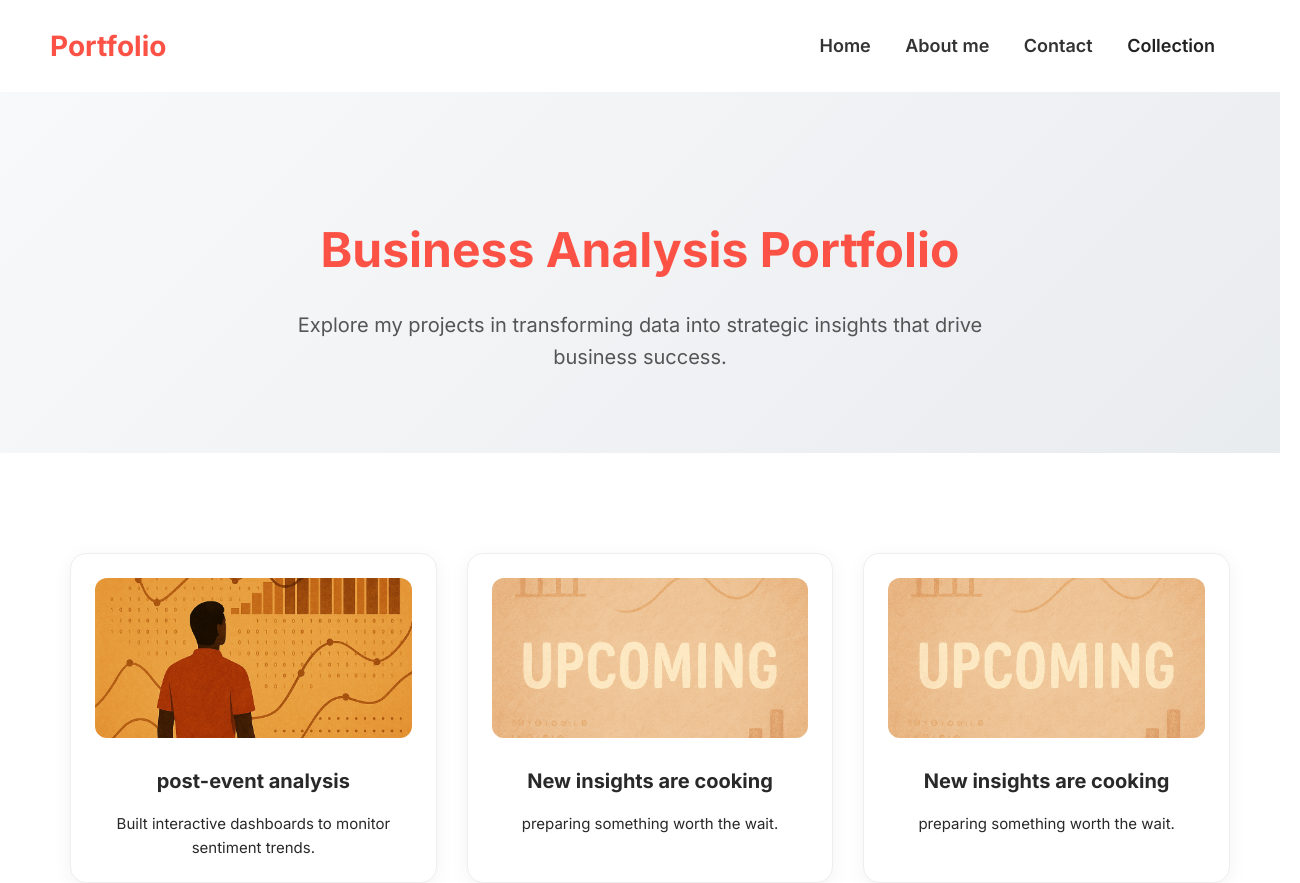
Repository: Wipas1919/Archive-portfolio
Page: projects/business-analysis.html
The author's editor kept a copy of each file at every save. The page is drawn from the files as they stood at one save, then again after the next save.
The browser window is 1280 px wide. The page is 1300 px wide, so the pictures cover 1300 px, including what lies to the right of the window. The pictures show the whole page.

Above is the page before, as saved 2025-06-01 20:59:49.

### projects/business-analysis.html
<!-- Cleaned and updated on 2025-05-25 -->
<!DOCTYPE html>
<html lang="en">
<head>
  <meta charset="UTF-8" />
  <meta name="viewport" content="width=device-width, initial-scale=1.0"/>
  <title>Business Analysis | Portfolio</title>
  <link href="https://fonts.googleapis.com/css2?family=Inter:wght@400;600;700&display=swap" rel="stylesheet">
  <link rel="stylesheet" href="../style/main.css">
  <style>
    body {
      font-family: 'Inter', sans-serif;
    }

    .cover {
      background: linear-gradient(135deg, #f8f9fa, #e9ecef);
      padding: 80px 20px;
      text-align: center;
    }

    .cover h1 {
      font-size: 48px;
      color: #fc5246;
      margin-bottom: 20px;
    }

    .cover p {
      font-size: 20px;
      color: #555;
      max-width: 700px;
      margin: 0 auto;
    }

    .project-cards h3 {
      text-align: center;
      font-size: 28px;
      margin-top: 60px;
      margin-bottom: 30px;
    }

    .card-grid {
      display: grid;
      grid-template-columns: repeat(auto-fit, minmax(280px, 1fr));
      gap: 30px;
      padding: 0 20px;
    }

    .card {
      display: block;
      background: #fff;
      border-radius: 16px;
      box-shadow: 0 4px 20px rgba(0, 0, 0, 0.05);
      padding: 24px;
      text-align: center;
      transition: transform 0.3s;
      text-decoration: none !important;
      color: inherit !important;
      cursor: pointer;
    }

    .card:hover {
      transform: translateY(-5px);
    }

    .card img {
      width: 100%;
      height: 160px;
      object-fit: cover;
      border-radius: 12px;
      margin-bottom: 16px;
    }

    .card h4 {
      font-size: 20px;
      margin-bottom: 8px;
      color: #222;
    }

    .card p {
      color: #666;
      font-size: 15px;
    }

    /* Remove all visited/focus/hover/active underline & color shifts */
    .card:visited,
    .card:hover,
    .card:focus,
    .card:active,
    .card *,
    .card *:visited,
    .card *:hover,
    .card *:focus,
    .card *:active {
      color: inherit !important;
      text-decoration: none !important;
    }

    .dropdown-wrapper {
      position: relative;
      display: inline-block;
    }

    .dropbtn {
      font-weight: 600;
      cursor: pointer;
      color: #222;
      text-decoration: none;
      margin-left: 15px;
    }

    .dropdown-content {
      display: none;
      position: absolute;
      top: 100%;
      right: 0;
      background-color: #ffffff;
      min-width: 220px;
      border-radius: 12px;
      box-shadow: 0 10px 25px rgba(0, 0, 0, 0.08);
      overflow: hidden;
      padding: 10px 0;
      z-index: 999;
    }

    .dropdown-wrapper:hover .dropdown-content {
      display: block;
    }

    .dropdown-content a {
      display: block;
      padding: 12px 20px;
      color: #222;
      text-decoration: none;
      font-size: 15px;
      transition: background-color 0.2s ease, color 0.2s ease;
    }

    .dropdown-content a:hover {
      background-color: #eaeaea;
      color: #fd3a2d;
    }
  </style>
</head>
<body>
  <div id="page-loader"><div class="spinner"></div></div>

  <header>
    <div class="container">
      <h1 class="logo" style="font-family: 'Inter', sans-serif; font-weight: 700; font-size: 28px; color: #fc5246;">Portfolio</h1>
      <nav class="nav-right">
        <a href="../index.html">Home</a>
        <a href="../index.html#about">About me</a>
        <a href="../index.html#contact">Contact</a>
        <div class="dropdown-wrapper">
          <a href="#" class="dropbtn">Collection</a>
          <div class="dropdown-content">
            <a href="data-engineer.html">Data Engineer</a>
            <a href="business-analysis.html">Business Analysis</a>
            <a href="bi-solutions.html">Business Intelligent</a>
            <a href="strategic-data.html">Data-Driven</a>
            <a href="cloud-cert.html">Certification</a>
            <a href="data-integration.html">Data Product</a>
          </div>
        </div>
      </nav>
    </div>
  </header>

  <!-- Cover / Hero Section -->
  <section class="cover">
    <h1>Business Analysis Portfolio</h1>
    <p>Explore my projects in transforming data into strategic insights that drive business success.</p>
  </section>

  <!-- Project Cards Section -->
  <section class="project-cards container" id="project-cards">
    <div class="card-grid" id="card-container"></div>
  </section>

  <script>
    const cardsContainer = document.getElementById("card-container");
    const projectId = "business-analysis";

    fetch("../data/projects.json")
      .then(res => res.json())
      .then(data => {
        const p = data[projectId];
        if (!p || !p.projects?.length) {
          cardsContainer.innerHTML = "<p>No projects found.</p>";
          return;
        }
        cardsContainer.innerHTML = p.projects.map(proj => `
          <a href="project.html?id=${proj.slug}" class="card">
            <img src="${proj.image}" alt="${proj.title}" />
            <h4>${proj.title}</h4>
            <p>${proj.description}</p>
          </a>
        `).join("");
      })
      .catch(err => {
        cardsContainer.innerHTML = "<p>Error loading data.</p>";
        console.error(err);
      });
  </script>
</body>
</html>

### style/main.css
/* ตั้งค่าพื้นฐาน */
body {
  margin: 0;
  font-family: 'Poppins', sans-serif;
  background: #ffffff;
  color: #292929;
  line-height: 1.6;
  scroll-behavior: smooth;
  user-select: none;
  -webkit-user-select: none;
  -ms-user-select: none;
}

img {
  max-width: 100%;
  height: auto;
  display: block;
}

.container {
  width: 100%;
  max-width: 1200px;
  margin: 0 auto;
  padding: 0 50px; /* เพิ่ม padding ด้านข้าง */
}

@media screen and (max-width: 767px) {
  .container { padding: 0 16px; }
  .hero h2 { font-size: 36px; }
  .hero p { font-size: 18px; }
  .card-grid { grid-template-columns: 1fr; }
  nav a { font-size: 14px; }
  .hero-content { flex-direction: column; }
  .about-image img { width: 100%; }
}

@media screen and (min-width: 768px) and (max-width: 1024px) {
  .hero h2 { font-size: 48px; }
  .card-grid { grid-template-columns: repeat(2, 1fr); }
}

@media screen and (max-width: 480px) {
  h2, .section-title { font-size: 28px; }
  .hero h2 { font-size: 28px; }
  .hero p, .section-description, .about-text p, .card p { font-size: 16px; }
  .btn { padding: 10px 20px; font-size: 16px; }
}

/* Navbar */
header {
  background: #fff;
  padding: 5px 0;
  display: flex;
  justify-content: space-between;
  align-items: center;
  border-bottom: 0px solid #eee;
  position: sticky;
  top: 0;
  z-index: 100;
}

header .container {
  display: flex;
  align-items: center;
  justify-content: space-between;
}

.logo {
  font-family: 'Poppins', serif;
  font-size: 30px;
  color: #fc5246;
}

nav a {
  margin: 0 15px;
  color: #333;
  text-decoration: none;
  font-weight: 600;
  font-size: 18px;
}

nav a:hover {
  color: #fd3a2d;
}

/* ปุ่มหลักของเมนู dropdown */
.dropdown-wrapper {
  position: relative;
  display: inline-block;
}

.dropbtn {
  font-weight: 600;
  cursor: pointer;
  color: #222;
  transition: color 0.3s ease;
}

.dropbtn:hover {
  color: #fd3a2d;
}

/* เมนูที่แสดงเมื่อ hover */
.dropdown-content {
  display: none;
  position: absolute;
  top: 100%;
  right: 0;
  background-color: #ffffff;
  min-width: 220px;
  border-radius: 12px;
  box-shadow: 0 10px 25px rgba(0, 0, 0, 0.08);
  overflow: hidden;
  padding: 10px 0;
  z-index: 999;
}

/* แสดงเมื่อ hover */
.dropdown-wrapper:hover .dropdown-content {
  display: block;
}

/* ลิงก์ใน dropdown */
.dropdown-content a {
  display: block;
  padding: 12px 20px;
  color: #222;
  text-decoration: none;
  font-size: 15px;
  transition: background-color 0.2s ease, color 0.2s ease;
}

/* Hover effect ของลิงก์ */
.dropdown-content a:hover {
  background-color: #eaeaea;
  color: #fd3a2d;
}

.hero-animation {
  margin-top: 10px;
  display: flex;
  justify-content: right;
}

/* Hero Section */
.hero {
  position: relative;
  height: 60vh;
  display: flex;
  align-items: center;
  justify-content: center;
  flex-direction: column;
  text-align: center;
  background: #151515;
  color: #ededed;
}

#hero-background {
  position: absolute;
  top: 0;
  left: 0;
  width: 100%;
  height: 100%;
  z-index: 0;
}

.hero-content {
  position: relative;
  z-index: 1;
  width: 100%;
  max-width: 1200px;
  padding-left: 5vw;
  padding-right: 5vw;
  text-align: left;
  align-items: flex-start;
}

.hero h2 {
  font-size: 60px;
  margin-bottom: 10px;
  line-height: 1.2;
  color: #ffffff;
}

.hero p {
  font-size: 30px;
  margin-bottom: 30px;
  color: #ffffff;
}

.btn, .hero .btn {
  display: inline-block;
  background: #fd3a2d;
  color: #fff;
  padding: 14px 36px;
  border-radius: 30px;
  text-decoration: none;
  font-weight: bold;
  font-size: 18px;
  transition: background 0.3s;
}

.btn:hover, .hero .btn:hover {
  background: #252525;
}

/* Sections */
section {
  padding: 100px 0;
  text-align: center;
}

/* About Section */
.about-grid {
  display: flex;
  align-items: center;
  justify-content: center;
  gap: 50px;
  flex-wrap: wrap;
}

.about-image img {
  width: 500px;
  height: auto;
  object-fit: cover;
  border-top-left-radius: 0;
  border-top-right-radius: 0;
  border-bottom-left-radius: 200px;
  border-bottom-right-radius: 200px;
}

.about-text {
  max-width: 500px;
  text-align: left;
}

.about-text h2 {
  margin-bottom: 20px;
}

.about-text p {
  font-size: 18px;
  color: #666;
}

/* Timeline */
.timeline-item {
  position: relative;
  margin-bottom: 30px;
}

.timeline-dot {
  width: 14px;
  height: 14px;
  background-color: #fd3a2d;
  border-radius: 50%;
  position: absolute;
  left: -8px;
  top: 0;
}

.timeline-content {
  margin-left: 20px;
}

.timeline-content h4 {
  margin: 0;
  font-size: 18px;
  color: #333;
  font-weight: 600;
}

.timeline-content p {
  margin: 5px 0 0;
  font-size: 16px;
  color: #666;
}

/* Projects Section */
#projects {
  margin-bottom: 10px;
}

.card-grid {
  display: grid;
  grid-template-columns: repeat(3, 1fr); /* สำคัญ: 3 คอลัมน์ */
  gap: 20px;
  margin-top: 100px;
}


.card {
  background: #ffffff;
  padding: 30px;
  border-radius: 12px;
  max-height: 280px;
  text-align: center;
  transition: box-shadow 0.3s;
  border: 1px solid #eee;
}

.card:hover {
  box-shadow: 0 8px 20px rgba(0, 0, 0, 0.1);
}

.card-icon img {
  width: 40px;
  height: 40px;
  margin-bottom: 20px;
}

.card h3 {
  font-size: 18px;
  margin-bottom: 15px;
  color: #333;
}

.card p {
  font-size: 16px;
  color: #666;
}

/* Contact Section */
.contact {
  background: rgba(255, 255, 255, 0.5); /* 1 = โปร่งแสง 50% */
  text-align: center;
}

.section-subtitle {
  text-transform: uppercase;
  font-size: 18px;
  letter-spacing: 1.5px;
  color: #4e4e4e;
  margin-bottom: 10px;
}

h2 {
  font-size: 36px;
  color: #292929
}


.section-title {
  font-size: 36px;
  margin-bottom: 10px;
  color: #2e2e2e;
}

.section-description {
  font-size: 18px;
  margin-bottom: 40px;
  color: #4e4e4e;
}

.contact-grid {
  display: grid;
  grid-template-columns: repeat(auto-fit, minmax(280px, 1fr));
  gap: 20px;
  margin-top: 40px;
}

.contact-card.glass {
  background: rgba(255, 255, 255, 0.15);
  backdrop-filter: blur(12px);
  -webkit-backdrop-filter: blur(12px);
  border-radius: 20px;
  padding: 24px;
  border: 1px solid rgba(255, 255, 255, 0.3);
  box-shadow: 0 8px 32px rgba(0, 0, 0, 0.1);
  transition: transform 0.3s ease, box-shadow 0.3s ease;
  text-align: center;
}

.contact-card.glass:hover {
  transform: scale(1.05);
  box-shadow: 0 12px 28px rgba(0, 0, 0, 0.15);
}

.contact-icon {
  display: flex;
  flex-direction: column;
  align-items: center;
  justify-content: center; /* 🔥 เพิ่มบรรทัดนี้เพื่อจัดไอคอนแนวดิ่ง */
  height: 100px; /* ✅ ปรับความสูงให้เหมาะสม */
  margin-bottom: 12px;
}


.contact-icon img {
  width: 48px;
  height: 48px;
  margin-bottom: 12px;
  transition: transform 0.3s ease;
}

.contact-card.glass:hover .contact-icon img {
  transform: scale(1.15);
}

/* Footer */
footer {
  background: #f5f5f5;
  padding: 20px 0;
  font-size: 14px;
  color: #4d4d4d;
}

.footer-container {
  display: flex;
  justify-content: space-between;
  align-items: center;
  flex-wrap: wrap;
}

.social-links {
  display: flex;
  gap: 20px;
}

.social-links a img {
  width: 30px;
  height: 30px;
  transition: transform 0.3s ease;
}

.social-links a img:hover {
  transform: scale(1.2);
}

#hero-background {
  position: absolute;
  top: 0;
  left: 0;
  height: 100%;
  width: 100%;
  z-index: 0;
  overflow: hidden;
}
.hero-content {
  position: relative;
  z-index: 1;
}

/* animation-data */
.hero-content {
  display: flex;
  justify-content: space-between;
  align-items: center;
  flex-wrap: wrap;
  gap: 40px;
}

.hero-text {
  flex: 1 1 55%;
}

.hero-animation {
  flex: 1 1 40%;
  display: flex;
  justify-content: center;
  align-items: center;
}

/* ===== Page Loader & Smooth Scroll ===== */
html{scroll-behavior:smooth;}

#page-loader{
  position:fixed;inset:0;display:grid;place-items:center;
  background:#ffffff;z-index:9999;opacity:1;
  transition:opacity .0.5s ease;
}
#page-loader .spinner{
  width:32px;height:32px;border:4px solid #e5e5e5;
  border-top-color:#ff694b;border-radius:50%;
  animation:spin .8s linear infinite;
}
@keyframes spin{to{transform:rotate(360deg)}}

body.loaded #page-loader{opacity:0;pointer-events:none;}
body.fade-out{opacity:0;transition:opacity .0.5s ease;}

@keyframes hideLoaderFallback{to{opacity:0;pointer-events:none;}}
#page-loader{animation:hideLoaderFallback 0.5s forwards 0.5s;}



/* ====  Reusable Card Component  ================================== */
.card {
  background: #ffffff;
  border: 1px solid #eee;
  border-radius: 12px;
  padding: 24px;
  text-align: center;
  box-shadow: 0 4px 12px rgba(0,0,0,.05);
  transition: transform .3s ease, box-shadow .3s ease;
}
.card:hover {
  transform: translateY(-6px);
  box-shadow: 0 12px 25px rgba(0,0,0,.1);
}

.card__icon{
  display:flex;
  flex-direction:column;
  align-items:center;
  justify-content:center;
  height:100px;
  margin-bottom:12px;
}
.card__icon img{
  width:48px;
  height:48px;
  transition: transform .3s ease;
}
.card:hover .card__icon img{
  transform:scale(1.15);
}

/* Variant – project card (clickable) */
.card--project{cursor:pointer;}

/* Variant – glassmorphism contact card */
.card--glass{
  background: rgba(255,255,255,.15);
  backdrop-filter: blur(12px);
  -webkit-backdrop-filter: blur(12px);
  border: 1px solid rgba(255,255,255,.3);
  box-shadow: 0 8px 32px rgba(0,0,0,.1);
}

/* Grids */

.card-grid--contact{
  display:grid;
  grid-template-columns: repeat(auto-fit,minmax(280px,1fr));
  gap:20px;
  margin-top:40px;
}

/* Remove legacy duplicate styles */
.contact-card, .contact-card.glass, .glass-card{
}/* project */

.project-blog {
  max-width: 800px;
  margin: 80px auto;
  padding: 0 20px;
  font-family: 'Inter', sans-serif;
}

.project-blog h1 {
  font-size: 36px;
  font-weight: 700;
  margin-bottom: 20px;
  text-align: center;
  color: #222;
}

.project-blog .tag {
  display: inline-block;
  background: #eeeeee;
  color: #333;
  padding: 6px 12px;
  margin: 0 8px 20px 0;
  border-radius: 20px;
  font-size: 14px;
}

.project-blog p {
  font-size: 18px;
  color: #444;
  line-height: 1.7;
  margin-bottom: 24px;
}

.project-blog img {
  width: 100%;
  border-radius: 10px;
  margin: 30px 0;
  box-shadow: 0 8px 30px rgba(0,0,0,0.08);
}

/* button */
.back-float-btn {
  position: fixed;
  bottom: 30px;
  left: 50%;
  transform: translateX(-50%);
  background-color: #fc5246;
  color: white;
  padding: 10px 24px;
  font-size: 14px;
  border-radius: 30px;
  box-shadow: 0 4px 16px rgba(0, 0, 0, 0.1);
  cursor: pointer;
  z-index: 9999;
  text-align: center;
  font-family: 'Inter', sans-serif;
  transition: background 0.3s ease;
  width: auto;       /* ปรับให้ขนาดพอดีกับเนื้อหา */
  max-width: 200px;  /* จำกัดไม่ให้ปุ่มกว้างเกินไป */
}

.back-float-btn:hover {
  background-color: #e6483c;
}

@media (max-width: 768px) {
  .back-float-btn {
    padding: 9px 18px;
    font-size: 13px;
    bottom: 20px;
  }
/* ===== FINAL OVERRIDE ===== */
.contact-card a {
  color: inherit !important;
  text-decoration: none !important;
}

.contact-card a:visited {
  color: inherit !important;
  text-decoration: none !important;
}

.contact-card a:hover,
.contact-card a:focus,
.contact-card a:active {
  color: inherit !important;
  text-decoration: none !important;
}

/* ===== Card grid (Projects) enforce 3-column on desktop ===== */
@media (min-width: 1024px){
  .card-grid--projects{
    grid-template-columns: repeat(3, 1fr);
  }
}
/* 2 columns on tablets */
@media (min-width: 640px) and (max-width: 1023px){
  .card-grid--projects{
    grid-template-columns: repeat(2, 1fr);
  }
}
/* 1 column on small screens (default) */
}

/* ===== DESKTOP-ONLY MODE (CSS BLOCK) =====
   Hide entire site below 1024px width and show full-screen notice
--------------------------------------------------------------- */
@media (hover: none) and (pointer: coarse){
  /* Hide all real content */
  body > * { display: none !important; }

  /* Full-screen notice */
  body::before{
    content: "This site is designed for desktop browsers only.\A Please visit on a larger screen.";
    white-space: pre-line;
    position: fixed;
    inset: 0;
    background: #ffffff;
    color: #000000;
    padding: 40px 24px;
    display: flex;
    align-items: center;
    justify-content: center;
    font-family: "Poppins", sans-serif;
    font-size: 18px;
    line-height: 1.4;
    text-align: center;
    z-index: 99999;
  }

  /* Prevent horizontal scroll */
  html, body{ overflow: hidden; }
}

.project-blog strong {
  font-size: 1.4em;   /* 110 % ของขนาดปกติในย่อหน้านั้น */
  font-weight: 800;
}

### data/projects.json
{
  "data-engineer": {
    "projects": [
      {
        "title": "End-to-End Data Engineering Journey",
        "slug": "End-to-End Data Engineering Journey",
        "description": "Full-stack ETL pipeline implementation",
        "image": "/images/data-engineers.jpg"
      },
      {
        "title": "End-to-End Data Infrastructure Planning",
        "slug": "End-to-End Data Infrastructure Planning",
        "description": "Process Design Fundamental",
        "image": "/images/data-foundamatal.jpg"
      },
      {
        "title": "Data Governance",
        "slug": "Data Governance",
        "description": "Designing and implementing a hybrid data governance framework",
        "image": "/images/data-governance.jpg"
      }
    ]
  },
  "business-analysis": {
    "title": "Business Analysis",
    "description": "Transform data into insights for decision-making.",
    "image": "../images/ba.svg",
    "overview": "Analyzed survey and operational data to support marketing strategy.",
    "contributions": [
      "Designed data collection forms",
      "Used SQL & Power BI for analysis",
      "Presented insights to leadership"
    ],
    "tools": [
      "Excel",
      "SQL",
      "Power BI",
      "Survey Analysis"
    ],
    "impact": "Helped increase campaign engagement by 30%",
    "projects": [
      {
        "title": "post-event analysis",
        "slug": "post-event analysis",
        "description": "Built interactive dashboards to monitor sentiment trends.",
        "image": "/images/post-event.png"
      },
      {
        "title": "New insights are cooking",
        "slug": "campaign-performance-analysis",
        "description": "preparing something worth the wait.",
        "image": "/images/upcoming-cover.png"
      },
      {
        "title": "New insights are cooking",
        "slug": "operational-kpi-tracking",
        "description": "preparing something worth the wait.",
        "image": "/images/upcoming-cover.png"
      }
    ]
  },
  "bi-solutions": {
    "title": "Business Intelligent",
    "projects": [
      {
        "title": "Dashboard Routine",
        "description": "Designed Power BI dashboard to visualize sales KPIs across regions.",
        "image": "/images/bi-routine-1.png",
        "slug": "bi-sales-performance"
      },
      {
        "title": "Dashboard Near-real time",
        "description": "Used data visualization to cluster customer segments based on behavior.",
        "image": "/images/bi-routine-2.png",
        "slug": "bi-customer-segmentation"
      },
      {
        "title": "KPI Overview",
        "description": "Built interactive dashboards to summarize high-level KPIs for executives.",
        "image": "/images/bi-routine-3.png",
        "slug": "bi-kpi-overview"
      }
    ]
  },
  "strategic-data": {
    "title": "Data-Driven",
    "projects": [
      {
        "title": "Assistant Speaker Trend Technoligies ",
        "description": "Developed a data-driven framework to analyze campaign performance across channels.",
        "image": "/images/bi-routine-4.jpg",
        "slug": "marketing-insight-framework"
      },
      {
        "title": "Power BI Training",
        "description": "Created visualizations from IoT sensor data to optimize event space usage.",
        "image": "/images/bi-routine-5.jpg",
        "slug": "event-analytics-dashboard"
      },
      {
        "title": "Coming Soon!",
        "description": "Designed end-to-end system for converting analytics into automated decisions.",
        "image": "/images/upcoming-cover.png",
        "slug": "decision-intelligence-system"
      }
    ]
  },
  "data-integration": {
    "title": "Data Product",
    "projects": [
      {
        "title": "Chat AI for web-event",
        "description": "Built backend pipeline to integrate chatbot logs into Datamart for insights.",
        "image": "/images/bi-routine-6.png",
        "slug": "chatbot-analytics-pipeline"
      },
      {
        "title": "Hr Recuddtor Macthing",
        "description": "Created dynamic reporting tool from MySQL and PostgreSQL for internal teams.",
        "image": "/images/upcoming-cover.png",
        "slug": "self-service-report-generator"
      },
      {
        "title": "Comming Soon!",
        "description": "Aggregated customer voice data into a single source for product decisions.",
        "image": "/images/upcoming-cover.png",
        "slug": "customer-feedback-hub"
      }
    ]
  },
  "cloud-cert": {
  "title": "Certification",
  "projects": [
    {
      "title": "Comming Soon!",
      "description": "Demonstrated foundational knowledge of GCP services and architecture.",
      "image": "/images/upcoming-cover.png",
      "slug": "gcp-certification"
    },
    {
      "title": "Comming Soon!",
      "description": "Comming Soon!",
      "image": "/images/upcoming-cover.png",
      "slug": "aws-certification"
    },
    {
      "title": "Comming Soon!",
      "description": "Comming Soon!",
      "image": "/images/upcoming-cover.png",
      "slug": "azure-certification"
    }
  ]
}
}

After the next save:
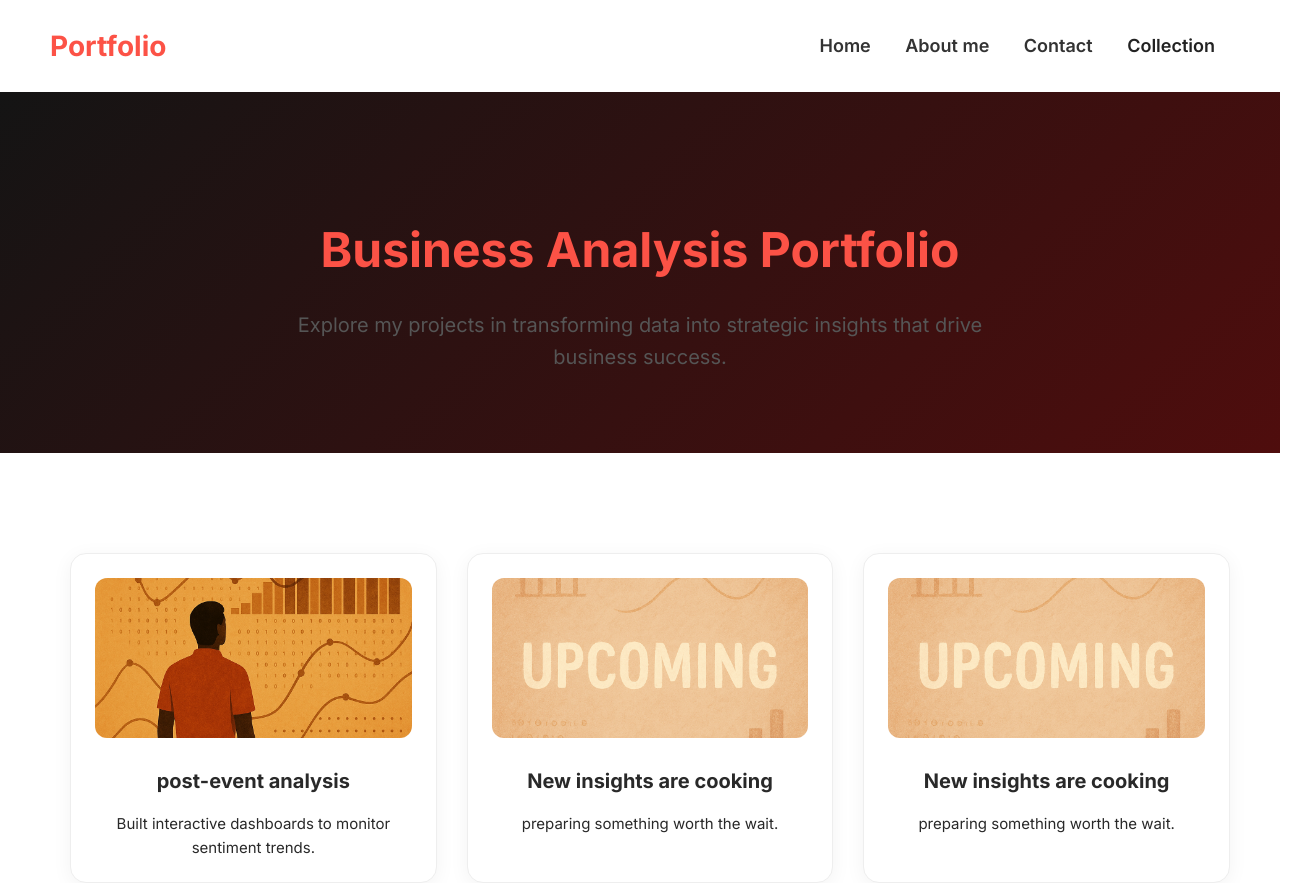
Saved 19 s later.
--- a/projects/business-analysis.html
+++ b/projects/business-analysis.html
@@ -13,7 +13,7 @@
     }
 
     .cover {
-      background: linear-gradient(135deg, #f8f9fa, #e9ecef);
+      background: linear-gradient(135deg, #141414, #4f0d0d);
       padding: 80px 20px;
       text-align: center;
     }
